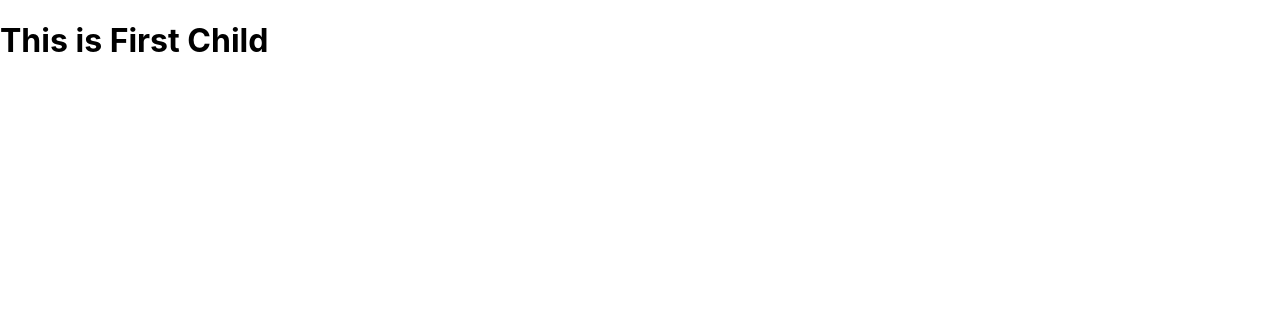
Repository: OmniaRafat232111121/Contextapp
Page: /
An editor plug-in stored every save of this project. The page is shown before and after a run of saves, followed by the edit.
The browser window is 1280 px wide. The pictures show the whole page.
The project was rebuilt for these pictures with package versions that can differ from the ones it lists, and the page was loaded fresh each time.

Above is the page before, as saved 2022-11-06 13:23:29.

### src/index.css
body {
  margin: 0;
  font-family: -apple-system, BlinkMacSystemFont, "Segoe UI", "Roboto", "Oxygen",
    "Ubuntu", "Cantarell", "Fira Sans", "Droid Sans", "Helvetica Neue",
    sans-serif;
  -webkit-font-smoothing: antialiased;
  -moz-osx-font-smoothing: grayscale;
}

/* app styles */
.App {
  max-width: 400px;
  margin: 30px auto;
  text-align: center;
}

nav {
  padding: 5px;
}

nav ul {
  padding: 0;
}

nav ul li {
  display: inline-block;
  margin: 0 10px;
}

.book-list {
  padding: 20px;
  margin-bottom: 20px;
}

.book-list ul {
  padding: 0;
  list-style-type: none;
}

.book-list li {
  padding: 10px;
  margin: 10px auto;
  border-radius: 10px;
}

### src/App.js
import React,{useState} from 'react'
import Parent from './components/Parent'
const App = () => {
  return (
    <div>
     <Parent/>
    </div>
  )
}

export default App

### src/components/Parent.jsx
import React,{useState} from 'react'
import ChildA from './ChildA';

const Parent = () => {
    const [fName, setFName] = useState('Omnia');
    const [lName,setLName]=useState('Rafat')
  return (
    <div>
          <ChildA fName={fName} lName={lName} />
    </div>
  )
}

export default Parent

### src/components/ChildA.jsx
import React from 'react'

const ChildA = ({fName,lName}) => {
  return (
    <div>
          <h1>This is First Child</h1>
          <br />

    </div>
  )
}

export default ChildA

### src/components/ChildB.jsx
import React from 'react'
import ChildC from './ChildC'

const ChildB = ({fName,lName}) => {
  return (
    <div>
          <h1>This first ChildB</h1>
          <ChildC fName={fName} lName={lName}/>
    </div>
  )
}

export default ChildB

### src/components/ChildC.jsx
import React from 'react'

const ChildC = ({fName,lName}) => {
  return (
    <div>
          <h1>This first ChildC</h1>
          <h4>{fName}</h4>
          <h4>{lName}</h4>
    </div>
  )
}

export default ChildC

Loaded but not shown: public/index.html (common file); src/index.js (common file)

After the next 16 saves:
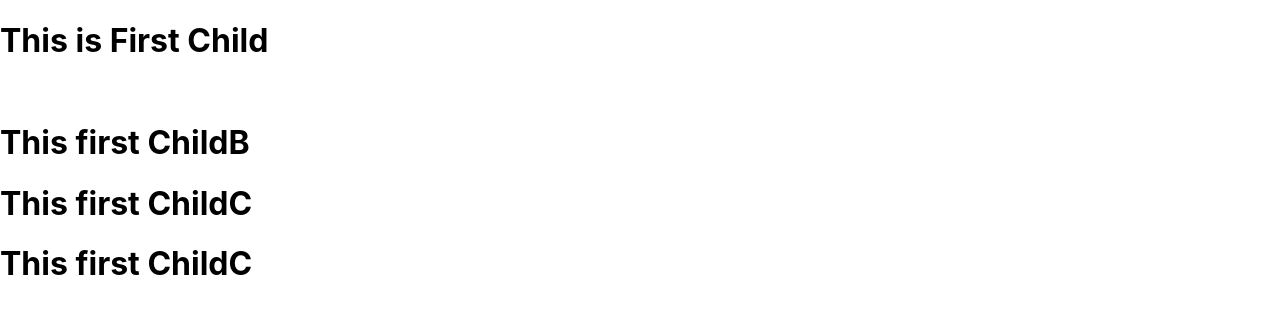
The 16 saves are shown as one change because they came seconds apart.
The last was saved 46 s later.
--- a/src/components/Parent.jsx
+++ b/src/components/Parent.jsx
@@ -1,5 +1,7 @@
 import React,{useState} from 'react'
 import ChildA from './ChildA';
+import ChildB from './ChildB';
+import ChildC from './ChildC';
 
 const Parent = () => {
     const [fName, setFName] = useState('Omnia');
@@ -7,7 +9,9 @@ const Parent = () => {
   return (
     <div>
           <ChildA fName={fName} lName={lName} />
-    </div>
+          <ChildB />
+          <ChildC/>
+      </div>
   )
 }
 
